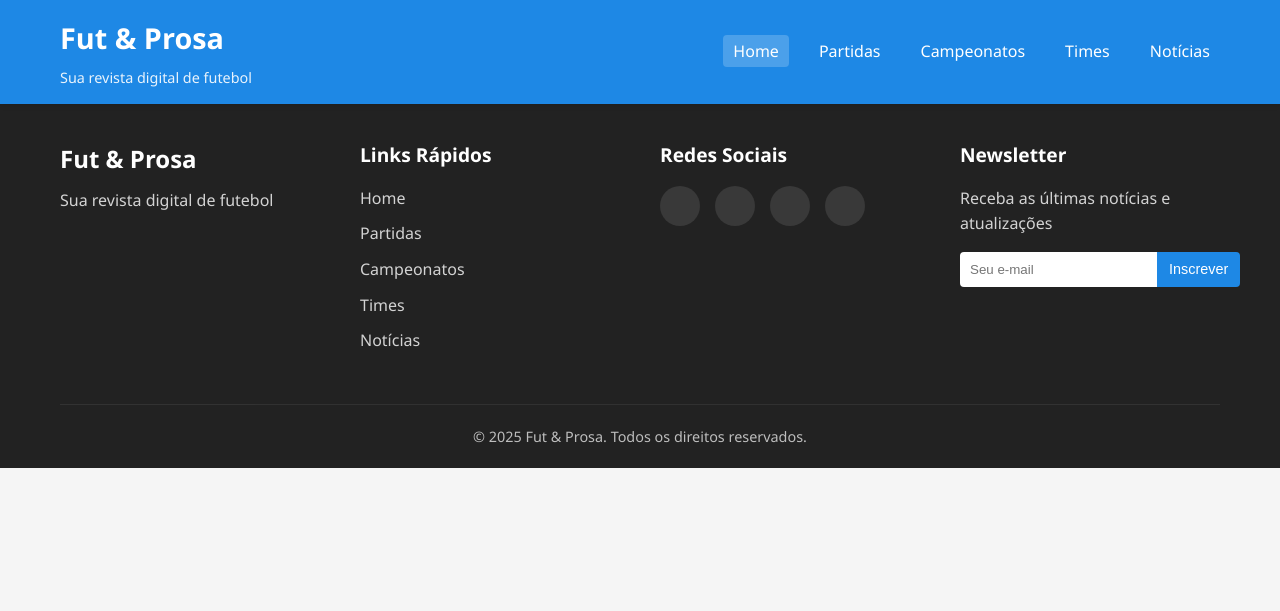
Repository: andreGattermeyer/noticias-futebol-angular
Page: / (app in projeto-fut/)
An editor plug-in stored every save of this project. The page is shown before and after the next save, followed by the edit.
The browser window is 1280 px wide. The pictures show the whole page.
The project was rebuilt for these pictures with package versions that can differ from the ones it lists, and the page was loaded fresh each time. Also part of the build but not shown: projeto-fut/angular.json.

Above is the page before, as saved 2025-04-09 14:18:24.

After the next save:
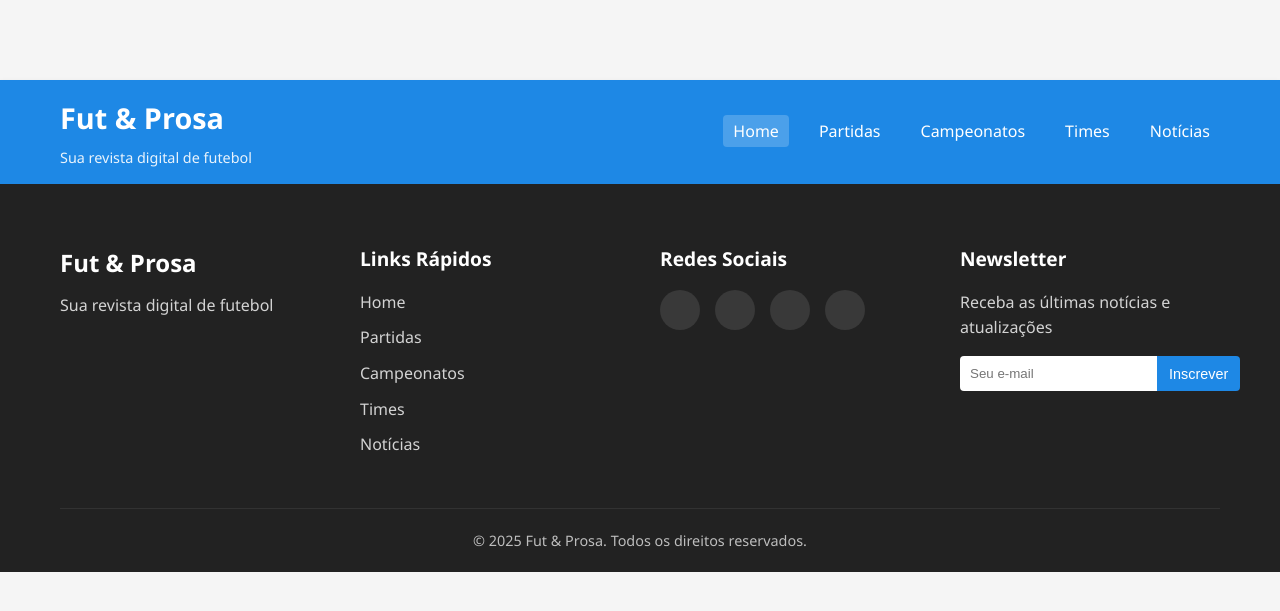
Saved 36 s later.
--- a/projeto-fut/src/styles.css
+++ b/projeto-fut/src/styles.css
@@ -454,17 +454,7 @@ body {
   }
 
   /* Fixed header styles */
-  header {
-    position: fixed;
-    top: 0;
-    left: 0;
-    width: 100%;
-    background-color: #1e88e5; /* Changed back to your original blue color */
-    color: white;
-    box-shadow: 0 2px 10px rgba(0, 0, 0, 0.2);
-    z-index: 1000;
-    transition: all 0.3s ease;
-  }
+
 
   /* Add padding to body to prevent content from hiding behind fixed header */
   body {

After the save that followed:
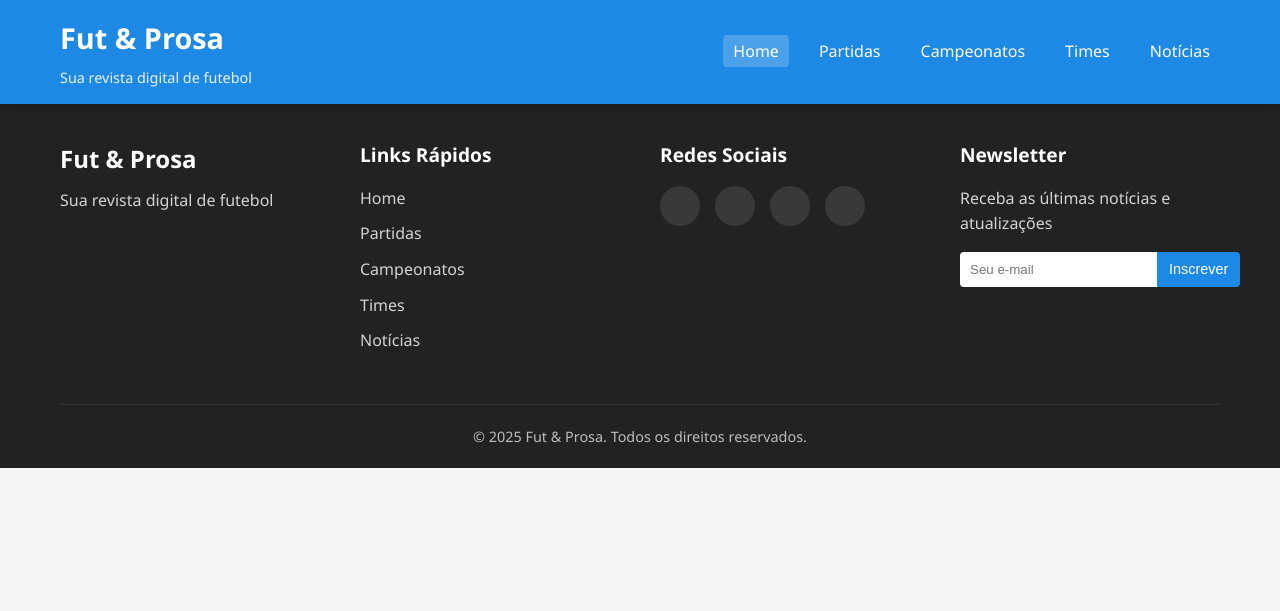
Saved 11 s later.
--- a/projeto-fut/src/app/header/header.component.css
+++ b/projeto-fut/src/app/header/header.component.css
@@ -1,8 +1,13 @@
 header {
-  background-color: #1e88e5;
+  position: fixed;
+  top: 0;
+  left: 0;
+  width: 100%;
+  background-color: #1e88e5; /* Changed back to your original blue color */
   color: white;
-  padding: 15px 0;
-  box-shadow: 0 2px 5px rgba(0, 0, 0, 0.1);
+  box-shadow: 0 2px 10px rgba(0, 0, 0, 0.2);
+  z-index: 1000;
+  transition: all 0.3s ease;
 }
 
 .container {
